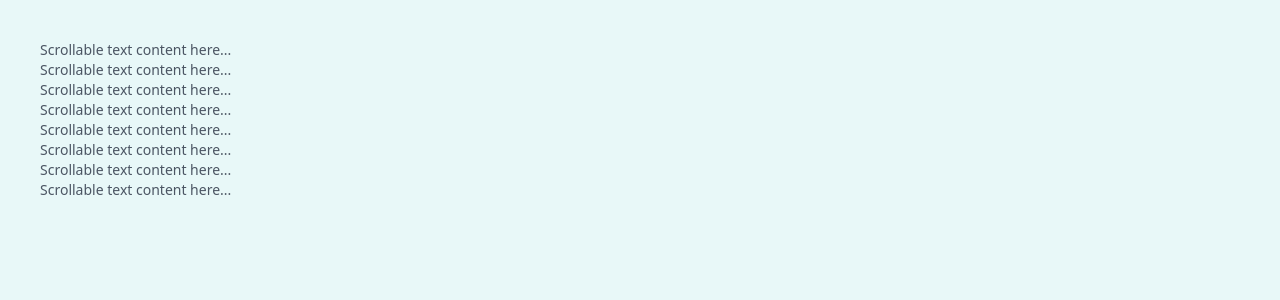
Repository: trusha97/postpilot
Page: scroll.html
An editor plug-in stored every save of this project. The page is shown before and after a run of saves, followed by the edit.
The browser window is 1280 px wide. The pictures show the whole page.
Some web libraries are served in a nearby version.

Above is the page before, as saved 2025-05-19 10:31:03.

After the next 2 saves:
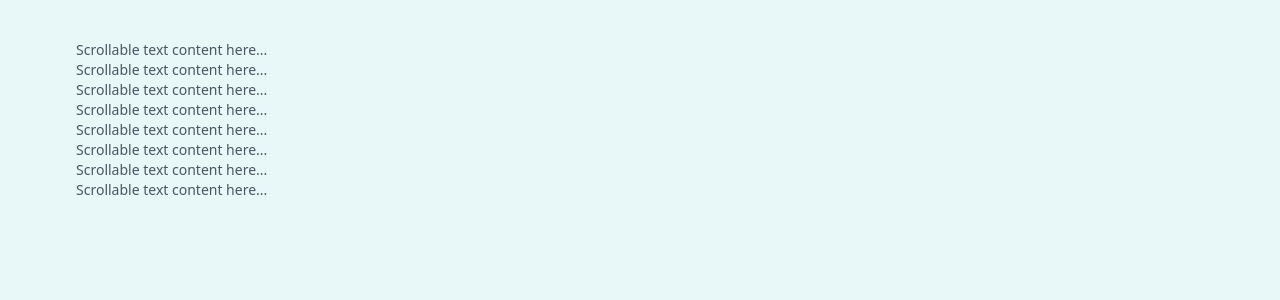
The 2 saves are shown as one change because they came seconds apart.
The last was saved 7 s later.
--- a/scroll.html
+++ b/scroll.html
@@ -33,7 +33,7 @@
 
   <div class="flex space-x-4 h-40">
     <div class="overflow-y-auto h-full flex w-full left-scroll ">
-      <div class="text-sm text-gray-600 pr-2 w-full ms-22">
+      <div class="text-sm text-gray-600 pr-2 w-full ms-9">
         Scrollable text content here... <br />
         Scrollable text content here... <br />
         Scrollable text content here... <br />
